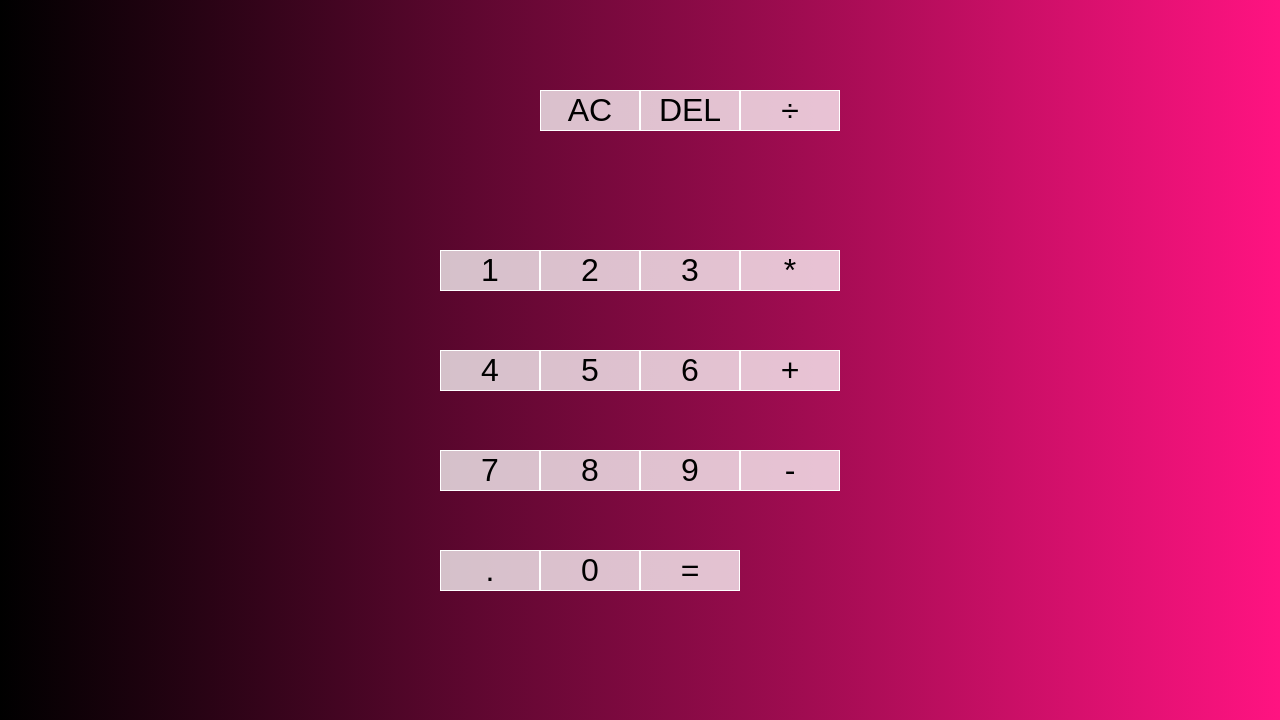
Repository: burntaftermint/calculator
Page: index.html
The author's editor kept a copy of each file at every save. The page is drawn from the files as they stood at one save, then again after the next save.
The browser window is 1280 px wide. The pictures show the whole page.

Above is the page before, as saved 2023-11-01 02:33:46.

After the next save:
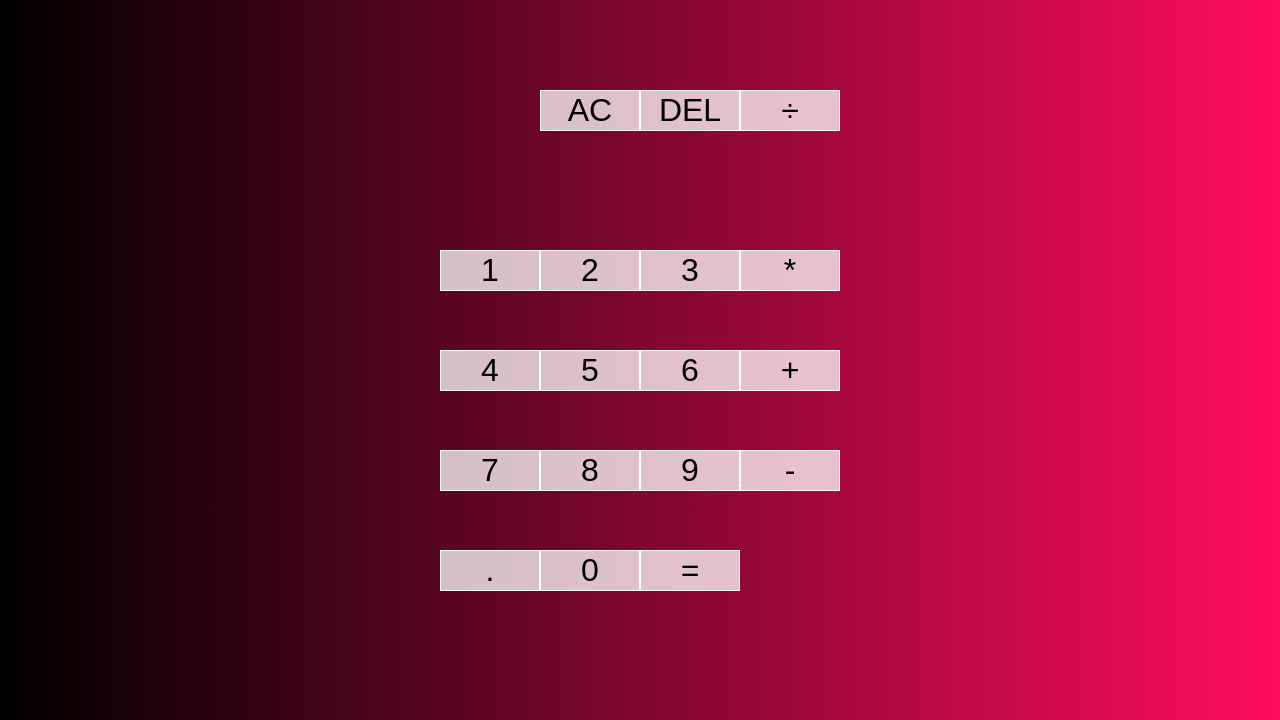
Saved 26 s later.
--- a/styles.css
+++ b/styles.css
@@ -7,7 +7,7 @@
 body {
     padding: 0;
     margin: 0;
-    background: linear-gradient(to right, #000000, #ff1381);
+    background: linear-gradient(to right, #000000, #fe0d5d);
 }
 
 .calculator-grid {
